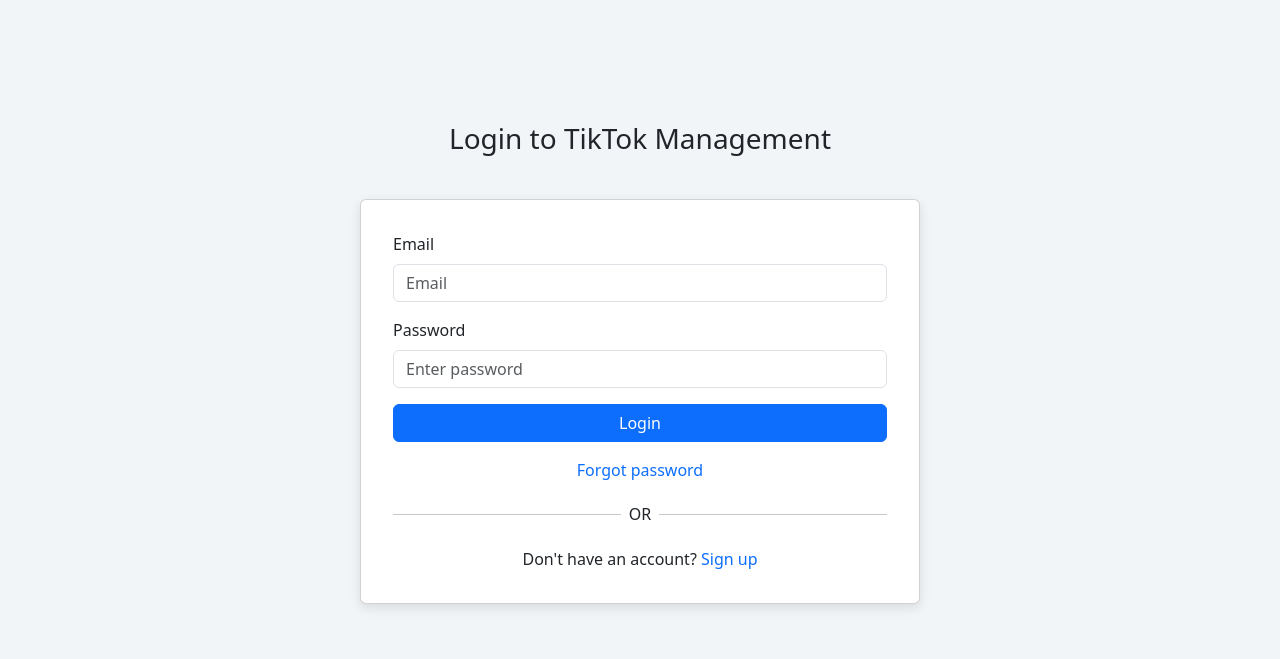
Repository: chaolaolo/tikcrm-fe
Page: /
These files come from the project's save history. The page is drawn as it stood at one moment and after the next save; the edit follows.
The browser window is 1280 px wide. The pictures show the whole page.
The project was rebuilt for these pictures with package versions that can differ from the ones it lists, and the page was loaded fresh each time. Also part of the build but not shown: vite.config.ts, src/pages/Home/Settings.tsx, src/pages/Home/HomePage.tsx. Imported but missing from the stored project, and not drawn on this page: src/pages/Home/Dashboard, src/pages/Register/RegisterPage.

Above is the page before, as saved 2025-05-22 22:31:51.

After the next save:
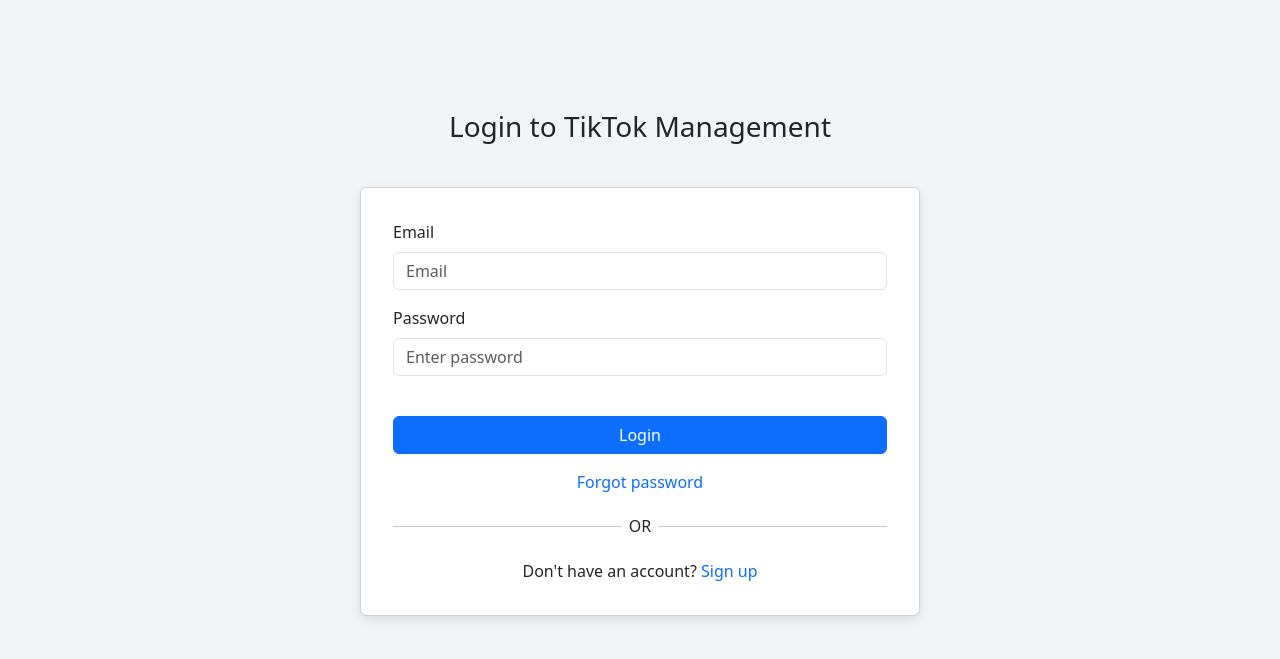
Saved 38 s later.
--- a/src/pages/Auth/LoginPage.tsx
+++ b/src/pages/Auth/LoginPage.tsx
@@ -43,7 +43,7 @@
                 />
               </div>
 
-              <button type="submit" className="btn btn-primary w-100 mb-3">Login</button>
+              <button type="submit" className="btn btn-primary w-100 mb-3 mt-4">Login</button>
 
               <div className="text-center mb-3">
                 <a href="#forgot-password" className="text-decoration-none">Forgot password</a>
